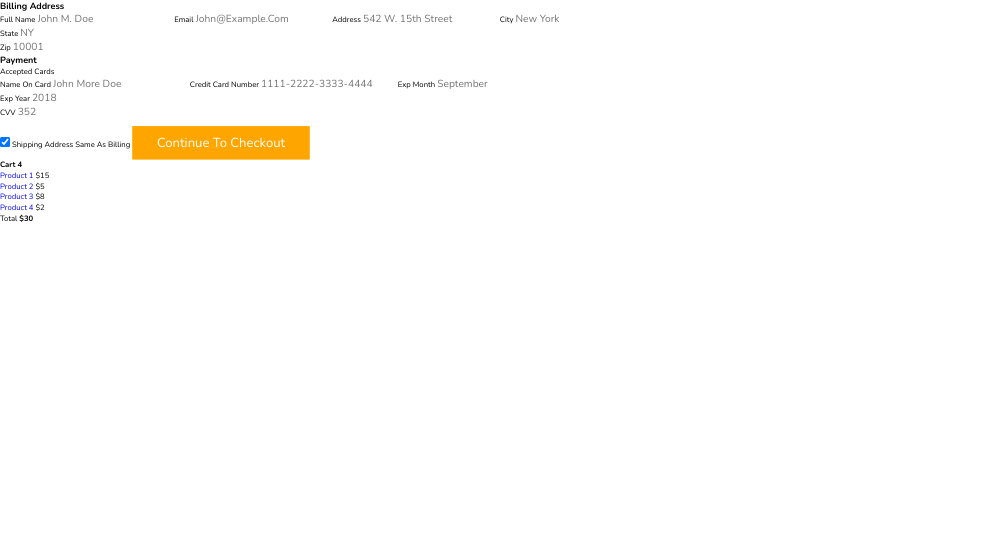
Repository: vksh-chandra/Travel-Tourism
Page: tatms/src/main/webapp/payment.html
The author's editor kept a copy of each file at every save. The page is drawn from the files as they stood at one save, then again after the next save.
The browser window is 1280 px wide. The page is 1280 px wide, then 1288 px, so the pictures cover 1288 px, including what lies to the right of the window. The pictures show the whole page, at 77% of full size.

Above is the page before, as saved 2022-07-19 09:00:01.

After the next save:
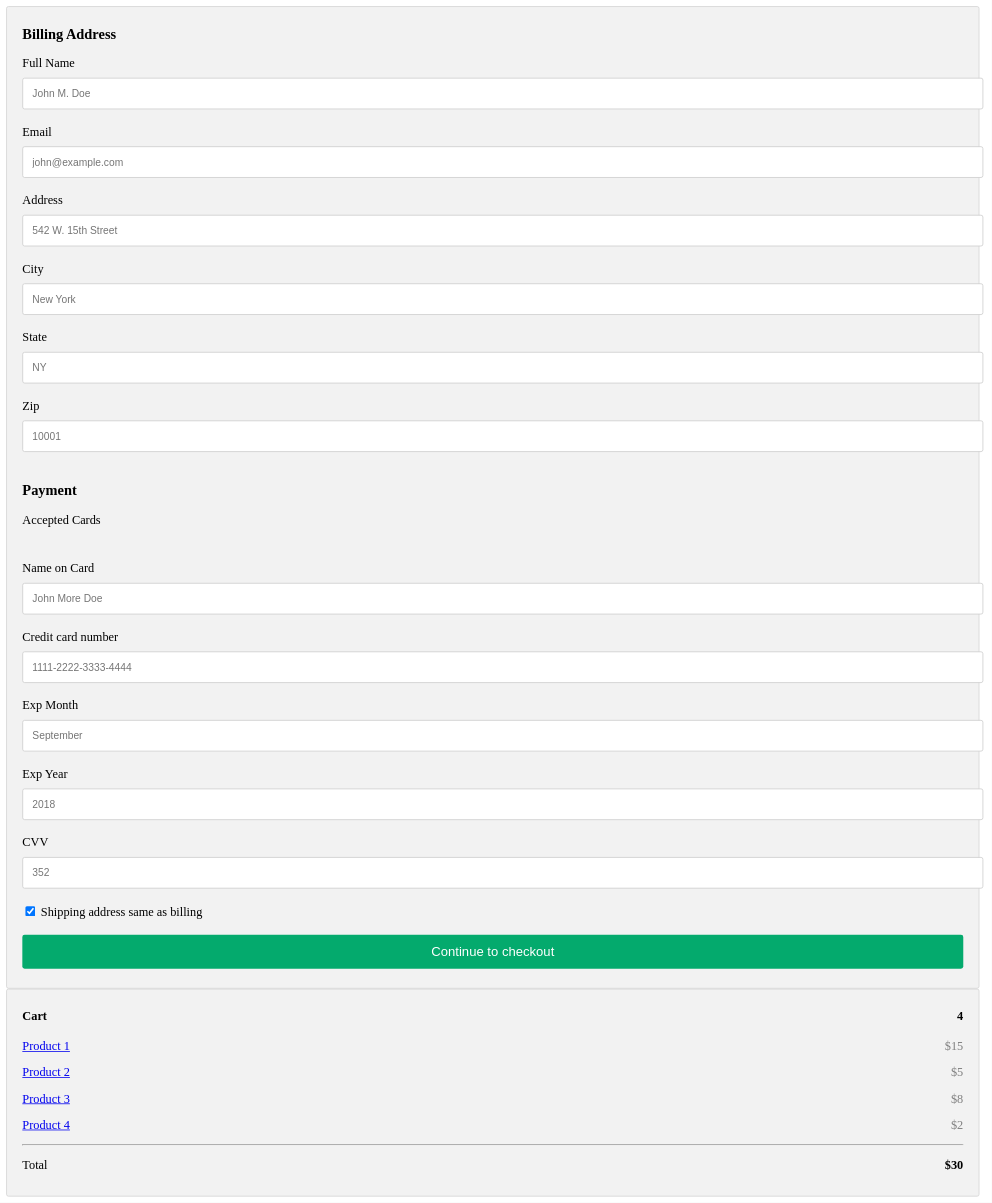
Saved 6 s later.
--- a/tatms/src/main/webapp/payment.html
+++ b/tatms/src/main/webapp/payment.html
@@ -3,7 +3,7 @@
 <head>
 <meta charset="UTF-8">
 <title>Payment</title>
-<link rel="stylesheet" type="text/css" href="style.css">
+<link rel="stylesheet" type="text/css" href="paystyle.css">
 </head>
 <body>
 	<div class="row">
